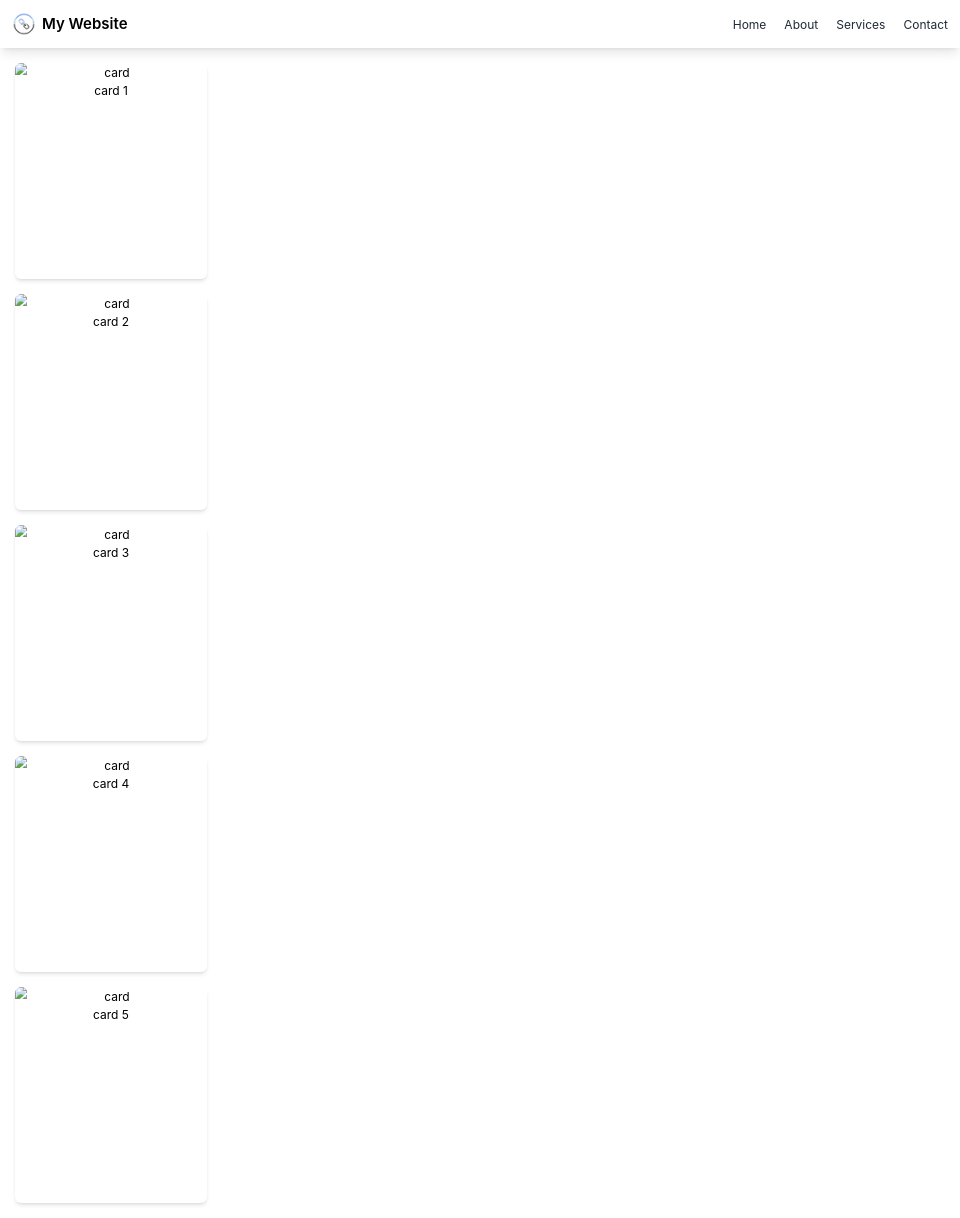
Repository: Abel-A16/react-tailwind
Page: /
An editor plug-in stored every save of this project. The page is shown before and after the next save, followed by the edit.
The browser window is 1280 px wide. The pictures show the whole page, at 75% of full size.
The project was rebuilt for these pictures with package versions that can differ from the ones it lists, and the page was loaded fresh each time.

Above is the page before, as saved 2024-10-11 11:04:01.

### src/App.js
import logo from './logo.svg';
import './App.css';
import NavBar from './components/NavBar';
import CardComponent from './components/CardComponent';

function App() {
  return (
    <div className="App">
      <NavBar/>
      <CardComponent title={"card 1"}/>
      <CardComponent title={"card 2"}/>
      <CardComponent title={"card 3"}/>
      <CardComponent title={"card 4"}/>
      <CardComponent title={"card 5"}/>
    </div>
  );
}

export default App;

### src/components/NavBar.js
import React, { useState } from "react";

const Navbar = () => {
  // State for controlling mobile menu visibility
  const [isMobileMenuOpen, setIsMobileMenuOpen] = useState(false);
  // State for controlling services dropdown
  const [isDropdownOpen, setIsDropdownOpen] = useState(false);

  const toggleMobileMenu = () => {
    setIsMobileMenuOpen(!isMobileMenuOpen);
  };

  const toggleDropdown = () => {
    setIsDropdownOpen(!isDropdownOpen);
  };

  return (
    <nav className="bg-white shadow-lg">
      <div className="max-w-7xl mx-auto px-4">
        <div className="flex justify-between items-center py-4">
          {/* Logo */}
          <div className="flex items-center space-x-2">
            <img src="data:[embedded picture, 8135 characters]" alt="Logo" className="h-8 w-8" />
            <span className="text-xl font-semibold">My Website</span>
          </div>

          {/* Links (hidden on small screens) */}
          <div className="hidden md:flex space-x-6">
            <a href="#" className="text-gray-800 hover:text-blue-500">
              Home
            </a>
            <a href="#" className="text-gray-800 hover:text-blue-500">
              About
            </a>

            {/* Dropdown for Services */}
            <div
              className="relative group"
              onMouseEnter={() => setIsDropdownOpen(true)}
              onMouseLeave={() => setIsDropdownOpen(false)}
            >
              <button
                className="text-gray-800 hover:text-blue-500 focus:outline-none"
                onClick={toggleDropdown}
              >
                Services
              </button>
              {isDropdownOpen && (
                <div className="absolute bg-white shadow-md mt-2 rounded-lg w-48">
                  <a
                    href="#"
                    className="block px-4 py-2 text-gray-800 hover:bg-gray-100"
                  >
                    Service 1
                  </a>
                  <a
                    href="#"
                    className="block px-4 py-2 text-gray-800 hover:bg-gray-100"
                  >
                    Service 2
                  </a>
                  <a
                    href="#"
                    className="block px-4 py-2 text-gray-800 hover:bg-gray-100"
                  >
                    Service 3
                  </a>
                </div>
              )}
            </div>

            <a href="#" className="text-gray-800 hover:text-blue-500">
              Contact
            </a>
          </div>

          {/* Hamburger menu (visible on small screens) */}
          <div className="md:hidden">
            <button
              onClick={toggleMobileMenu}
              className="focus:outline-none"
              aria-label="Toggle mobile menu"
            >
              <svg
                className="h-8 w-8 text-gray-800"
                xmlns="http://www.w3.org/2000/svg"
                fill="none"
                viewBox="0 0 24 24"
                stroke="currentColor"
              >
                <path
                  strokeLinecap="round"
                  strokeLinejoin="round"
                  strokeWidth="2"
                  d="M4 6h16M4 12h16M4 18h16"
                />
              </svg>
            </button>
          </div>
        </div>

        {/* Mobile Menu (hidden by default) */}
        {isMobileMenuOpen && (
          <div className="md:hidden">
            <a
              href="#"
              className="block px-4 py-2 text-gray-800 hover:bg-gray-100"
            >
              Home
            </a>
            <a
              href="#"
              className="block px-4 py-2 text-gray-800 hover:bg-gray-100"
            >
              About
            </a>

            {/* Mobile Services dropdown */}
            <div className="block">
              <a
                href="#"
                className="block px-4 py-2 text-gray-800 hover:bg-gray-100"
                onClick={toggleDropdown}
              >
                Services
              </a>
              {isDropdownOpen && (
                <div className="pl-4">
                  <a
                    href="#"
                    className="block px-4 py-2 text-gray-800 hover:bg-gray-100"
                  >
                    Service 1
                  </a>
                  <a
                    href="#"
                    className="block px-4 py-2 text-gray-800 hover:bg-gray-100"
                  >
                    Service 2
                  </a>
                  <a
                    href="#"
                    className="block px-4 py-2 text-gray-800 hover:bg-gray-100"
                  >
                    Service 3
                  </a>
                </div>
              )}
            </div>
            <a
              href="#"
              className="block px-4 py-2 text-gray-800 hover:bg-gray-100"
            >
              Contact
            </a>
          </div>
        )}
      </div>
    </nav>
  );
};

export default Navbar;

### src/components/CardComponent.js
import React from 'react'

function CardComponent({imageUrl, title, description}) {
  return (
    <div className='bg-white w-64 h-72 m-5 shadow-md rounded-lg overflow-hidden hover:scale-105'>
      <div>
        <img src={imageUrl} alt="card" />
        <h2>{title}</h2>
        <p>{description}</p>
    </div>
    </div>
  )
}

export default CardComponent

### tailwind.config.js
module.exports = {
  content: [
    "./src/**/*.{js,jsx,ts,tsx}",
  ],
  theme: {
    extend: {},
  },
  plugins: [],
}

Loaded but not shown: public/index.html (common file); src/index.js (common file); src/index.css (common file); src/reportWebVitals.js (common file); src/App.css (common file)

After the next save:
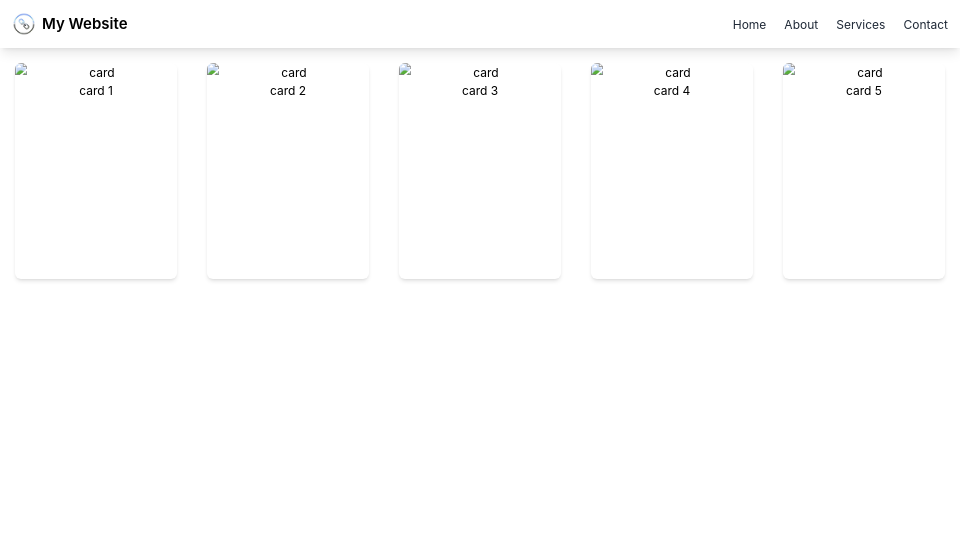
Saved 55 s later.
--- a/src/App.js
+++ b/src/App.js
@@ -7,12 +7,14 @@
   return (
     <div className="App">
       <NavBar/>
-      <CardComponent title={"card 1"}/>
-      <CardComponent title={"card 2"}/>
-      <CardComponent title={"card 3"}/>
-      <CardComponent title={"card 4"}/>
-      <CardComponent title={"card 5"}/>
-    </div>
+      <div className='flex'>
+        <CardComponent title={"card 1"}/>
+        <CardComponent title={"card 2"}/>
+        <CardComponent title={"card 3"}/>
+        <CardComponent title={"card 4"}/>
+        <CardComponent title={"card 5"}/>
+      </div>
+      </div>
   );
 }
 
